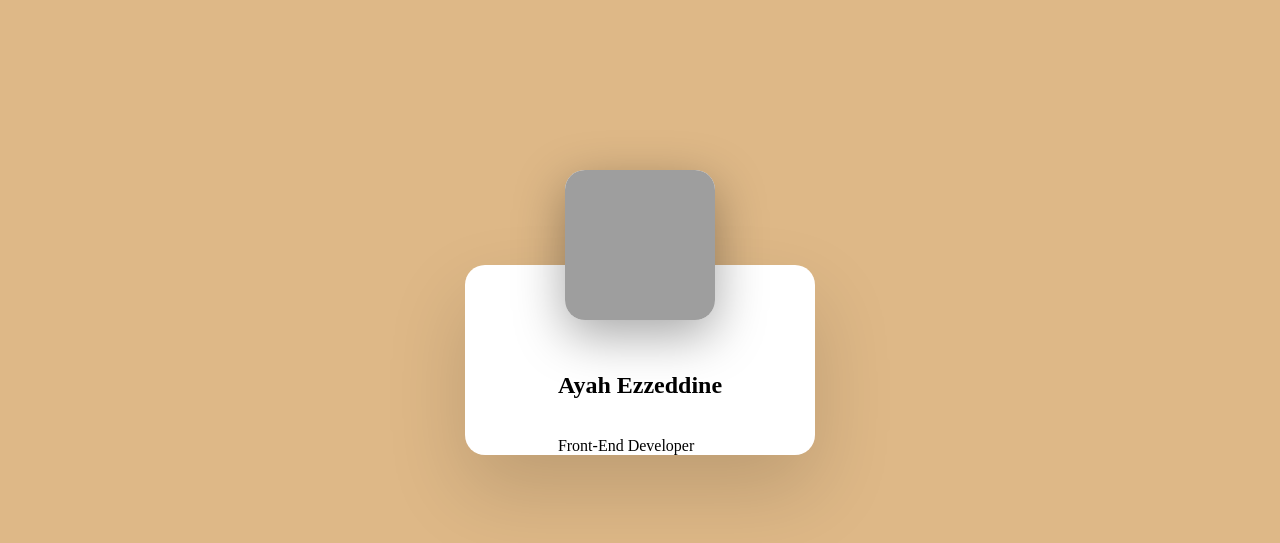
Repository: ayah1996/Github-Profiles
Page: index.html
These files come from the project's save history. The page is drawn as it stood at one moment and after the next save; the edit follows.
The browser window is 1280 px wide. The pictures show the whole page.
Pictures or frames that could not be fetched are drawn as grey boxes. The page's requests for data from a server got no answer.

Above is the page before, as saved 2023-01-26 14:14:29.

### index.html
<!DOCTYPE html>
<html lang="en">
  <head>
    <meta charset="UTF-8" />
    <meta http-equiv="X-UA-Compatible" content="IE=edge" />
    <meta name="viewport" content="width=device-width, initial-scale=1.0" />
    <link rel="stylesheet" href="style.css" />
    <script src="script.js" defer></script>
    <title>Github Profile</title>
  </head>
  <body>
    <!-- <form id="form">
      <input type="text" id="search" placeholder="Search A Github User ..." />
    </form> -->
    <main id="main">
      <div class="card">
        <div class="imgBox">
          <img src="unnamed.jpg" alt="profile Image" />
        </div>
        <div class="content">
          <div class="details">
            <h2>Ayah Ezzeddine</h2>
            <br /><span> Front-End Developer </span>
          </div>
        </div>
      </div>
    </main>
  </body>
</html>

### style.css
* {
  box-sizing: border-box;
}

body {
  margin: 0;
}

#main {
  display: flex;
  justify-content: center;
  align-items: center;
  min-height: 100vh;
  background-color: burlywood;
}

.card {
  position: relative;
  width: 350px;
  height: 190px;
  /* height: 450px; */
  background-color: #fff;
  border-radius: 20px;
  box-shadow: 0 35px 80px rgba(0, 0, 0, 0.15);
  transition: 0.5s;
}

.card:hover {
  height: 450px;
}

.imgBox {
  position: absolute;
  left: 50%;
  top: -50%;
  transform: translateX(-50%);
  width: 150px;
  height: 150px;
  background-color: #fff;
  border-radius: 20px;
  box-shadow: 0 15px 50px rgba(0, 0, 0, 0.35);
  overflow: hidden;
  transition: 0.5s;
}
.card:hover .imgBox {
  width: 250px;
  height: 250px;
}
.imgBox img {
  position: absolute;
  top: 0;
  left: 0;
  width: 100%;
  height: 100%;
  -o-object-fit: cover;
  object-fit: cover;
}

.card .content {
  position: absolute;
  width: 100%;
  height: 100%;
  display: flex;
  justify-content: center;
  align-items: flex-end;
}

.card .details {
}

### script.js
const APIURL = "https://api.github.com/users/";

const main = document.getElementById("main");
const form = document.getElementById("form");
const search = document.getElementById("search");

getUser("ayah1996");

async function getUser(username) {
  const response = await fetch(APIURL + username);
  const data = await response.json();

  createUserCard(data);
  getRepos(username);
}

async function getRepos(username) {
  const response = await fetch(APIURL + username + "/repos");
  const data = await response.json();

  addReposToCard(data);
}

function createUserCard(user) {
  const cardHTML = ``;
}

After the next save:
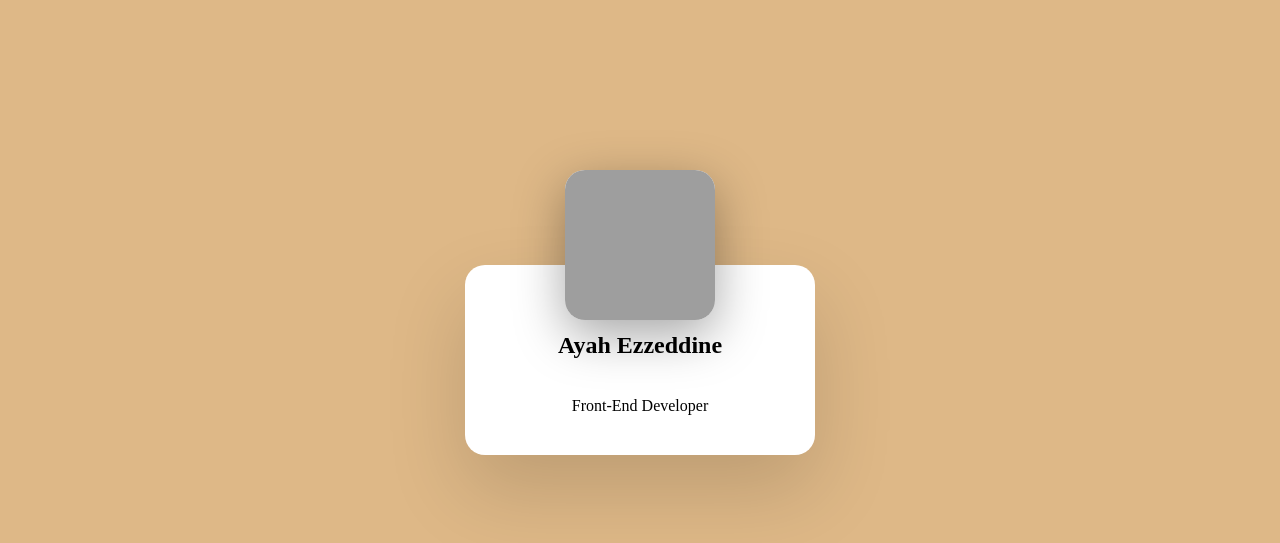
Saved 33 s later.
--- a/style.css
+++ b/style.css
@@ -66,4 +66,7 @@ body {
 }
 
 .card .details {
+  width: 100%;
+  padding: 40px;
+  text-align: center;
 }
